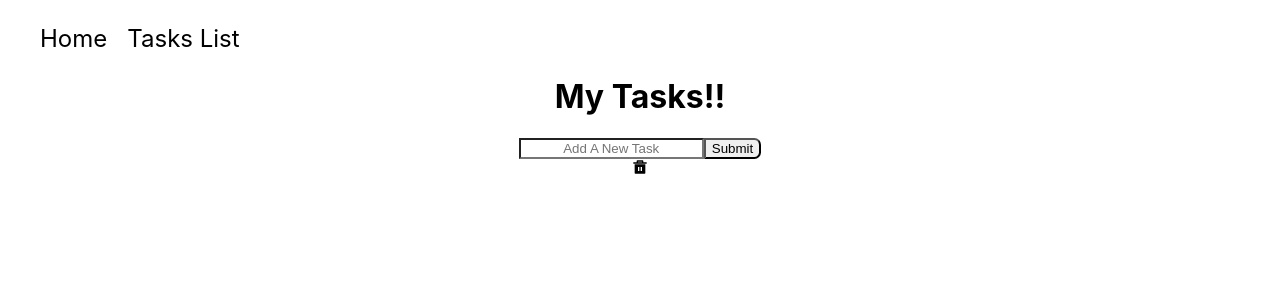
Repository: runner855/abstract_todolist
Page: /, after clicking the first element matching `button`
An editor plug-in stored every save of this project. The page is shown before and after the next save, followed by the edit.
The browser window is 1280 px wide. The pictures show the whole page.
The project was rebuilt for these pictures with package versions that can differ from the ones it lists, and the page was loaded fresh each time.

Above is the page before, as saved 2022-11-09 09:50:45.

### src/App.tsx
import React, { useState, useEffect } from "react";
import { Header } from "./Header";
import { RiDeleteBin5Fill } from "react-icons/ri";

import "./App.css";

export const App = () => {
  const [value, setValue] = useState<string>("");
  const [list, setList] = useState<string[]>([]);

  return (
    <div className="App">
      <Header />
      <h1>My Tasks!!</h1>
      <div className="textbox">
        <input
          type="text"
          placeholder="Add A New Task"
          onChange={(e) => setValue(e.target.value)}
          value={value}
        ></input>

        <button
          onClick={() => {
            setList([...list, value]);
            setValue("");
          }}
        >
          Submit
        </button>

        <div className="todo-container">
          {list.map((item, index) => {
            return (
              <div className={`single-task `} key={`${item}-${index}`}>
                {item} <RiDeleteBin5Fill />
              </div>
            );
          })}
        </div>
      </div>
    </div>
  );
};

### src/Header.tsx
import * as React from "react";
import "./Header.css";

export const Header = () => {
  return (
    <div className="home">
      <ul>
        <li>Home</li>
        <li>Tasks List</li>
      </ul>
    </div>
  );
};

### src/App.css
h1{
  text-align: center;
}

input {
  text-align: center;
  border-radius: 0em;
}

.textbox{
  text-align: center;
}

button {
  border-radius: 0em 0.5em 0.5em 0em;
}

### src/Header.css
ul{
   text-align: left;
   list-style: none;
   font-size: 1.5em;
   display: flex;

}
ul li {
    margin-right: 20px;
}

Loaded but not shown: public/index.html (common file); src/index.tsx (common file); src/index.css (common file)

After the next save:
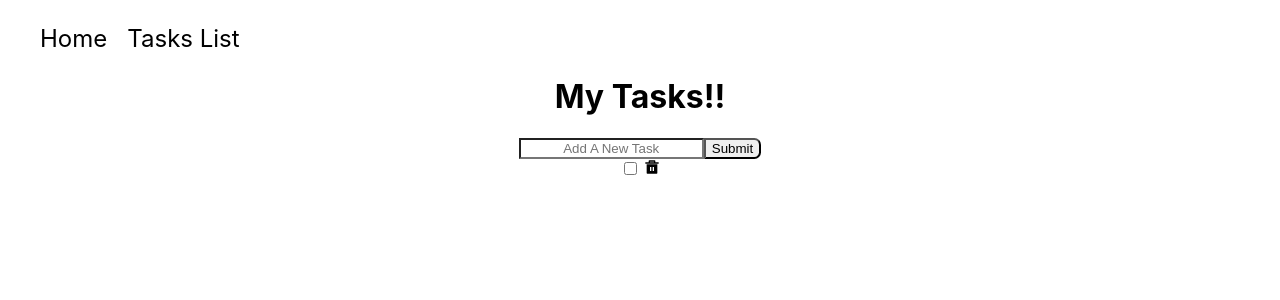
Saved 46 s later.
--- a/src/App.tsx
+++ b/src/App.tsx
@@ -33,6 +33,7 @@ export const App = () => {
           {list.map((item, index) => {
             return (
               <div className={`single-task `} key={`${item}-${index}`}>
+                <input type="checkbox" />
                 {item} <RiDeleteBin5Fill />
               </div>
             );
